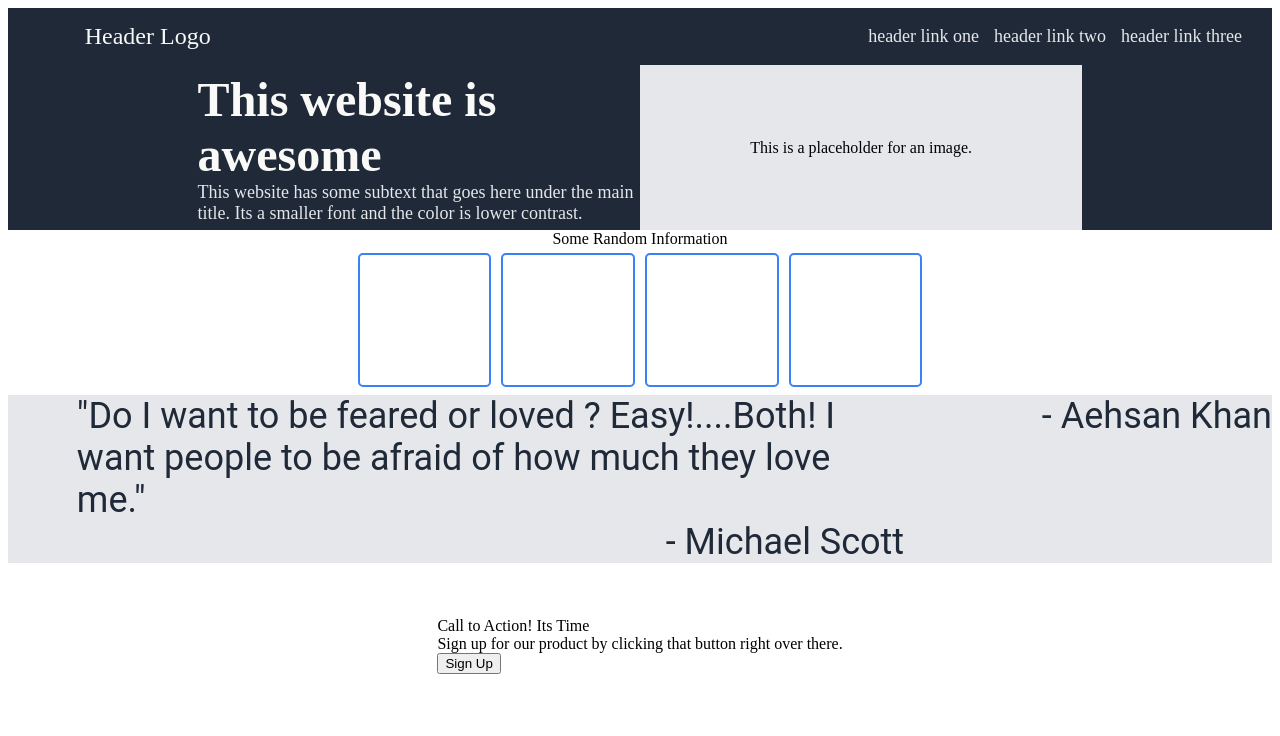
Repository: Aehsan4004/odinlandpage
Page: index.html
The author's editor kept a copy of each file at every save. The page is drawn from the files as they stood at one save, then again after the next save.
The browser window is 1280 px wide. The pictures show the whole page.

Above is the page before, as saved 2025-02-11 08:05:54.

### index.html
<!DOCTYPE html>
<html lang="en">
<head>
    <meta charset="UTF-8">
    <meta name="viewport" content="width=device-width, initial-scale=1.0">
    <title>Odin Project Landing Page</title>
    <link rel="stylesheet" href="styles.css">
</head>
<body>
    <div class="one">
        <div class="logo">
            Header Logo
        </div>
        <div class="head-links">
            <ul>
                <li>header link one</li>
                <li>header link two</li>
                <li>header link three</li>
            </ul>
        </div>
    </div>

    <div class="two">
        <div class="left-box">
            <div class="title">
                This website is awesome
            </div>

            <div class="content">
                This website has some subtext that goes here under the main title. Its a smaller font and the color is lower contrast.
            </div>

        </div>
        <div class="right-box">
            This is a placeholder for an image.
        </div>

    </div>

    <div class="three">
        <div class="opt-head">
            Some Random Information
        </div>
        <div class="menu-box">
            <div class="box" id="1"></div>
            <div class="box" id="2"></div>
            <div class="box" id="3"></div>
            <div class="box" id="4"></div>
        </div>

    </div>

    <div class="four">
        <div class="quote">
            "Do I want to be feared or loved ?
             Easy!....Both!
             I want people to be afraid of how much they love me."
        </div>
        <div class="quoter"> - Michael Scott</div>
        <div class="requoter"> - Aehsan Khan</div>
    </div>

    <div class="five">
        <div class="foot-box">
            <div class="call2act">
                <div class="main"> Call to Action! Its Time</div>
                <div class="supp">Sign up for our product by clicking that button right over there.</div>
            </div>
            <button class="signup-btn">Sign Up</button>
        </div>
    </div>
</body>
</html>

### styles.css
body {
    display: flex;
    flex-direction: column;
    /* flex: 1 1 100%; */
    /* min-height: 100%; */
    /* align-items: center; */
    justify-content: center;
    height: 100vh;
}

.one {
    display: flex;
    justify-content: space-between;
    align-items: center;
    background-color: #1f2937;
    padding: 15px;
    height: 4vh;
}

.logo {
    font-size: 24px;
    color: #f9faf8;
    margin-left: 5%;
}

.head-links {
    color: #e5e7eb;
    font-size: 18px;
    /* margin: 15px; */
    margin-right: 15px;
}

ul {
    list-style: none;  /* Removes bullet points */
    padding: 0;
    margin: 0;
    display: flex;  /* Makes list items appear in a row */
    gap: 15px;  /* Adds spacing between items */
}

.two {
    display: flex;
    background-color: #1f2937;
    justify-content: center;
    /* margin-top: 20px; */
    height: 24vh;
}
.left-box {
    display: flex;
    flex-direction: column;
    justify-content: center;
    align-items: flex-start;
    /* flex: 1 1 40%; */
    width: 35%;
    flex-wrap: wrap;
}

.title {
    font-weight: 900;
    color: #f9faf8;
    font-size: 48px;
    width: 80%;
}

.content {
    font-size: 18px;
    color: #e5e7eb;
    /* width: 80%; */
}

.right-box {
    display: flex;
    /* flex: 1 1 40%; */
    width: 35%;
    background-color: #e5e7eb;
    flex-wrap: wrap;
    justify-content: center;
    align-items: center;
}

.three {
    height: 24vh;
    display: flex;
    flex-direction: column;
    align-items: center;
}

.menu-box {
    display: flex;
    align-items: center;
    justify-content: center;

}

.box {
    border: 2px solid #3882f6;
    height: 18vh;
    width: 18vh;
    border-radius: 5px;
    /* border-color: #3882f6; */
    margin: 5px;
}

.four {
    height: 24vh;
    display: flex;
    flex-flow: column wrap;
    align-items: center;
    background-color: #e5e7eb;
    color: #1f2937;
    font-size: 36px;
    font-family: 'roboto', sans-serif;
    font-style: 'light-italic';
}

.quote {
    width: 60%;
}

.quoter, .requoter {
    align-self: flex-end;
}

.five {
    height: 24vh;
    display: flex;
    align-items: center;
    justify-content: center;
}

foot-box {
    background-color: #3882f6;
    color: white;
    height: 12vh;
    width: 75vw;
    border: 2px solid #3882f6;
    border-radius: 5px;
}

After the next save:
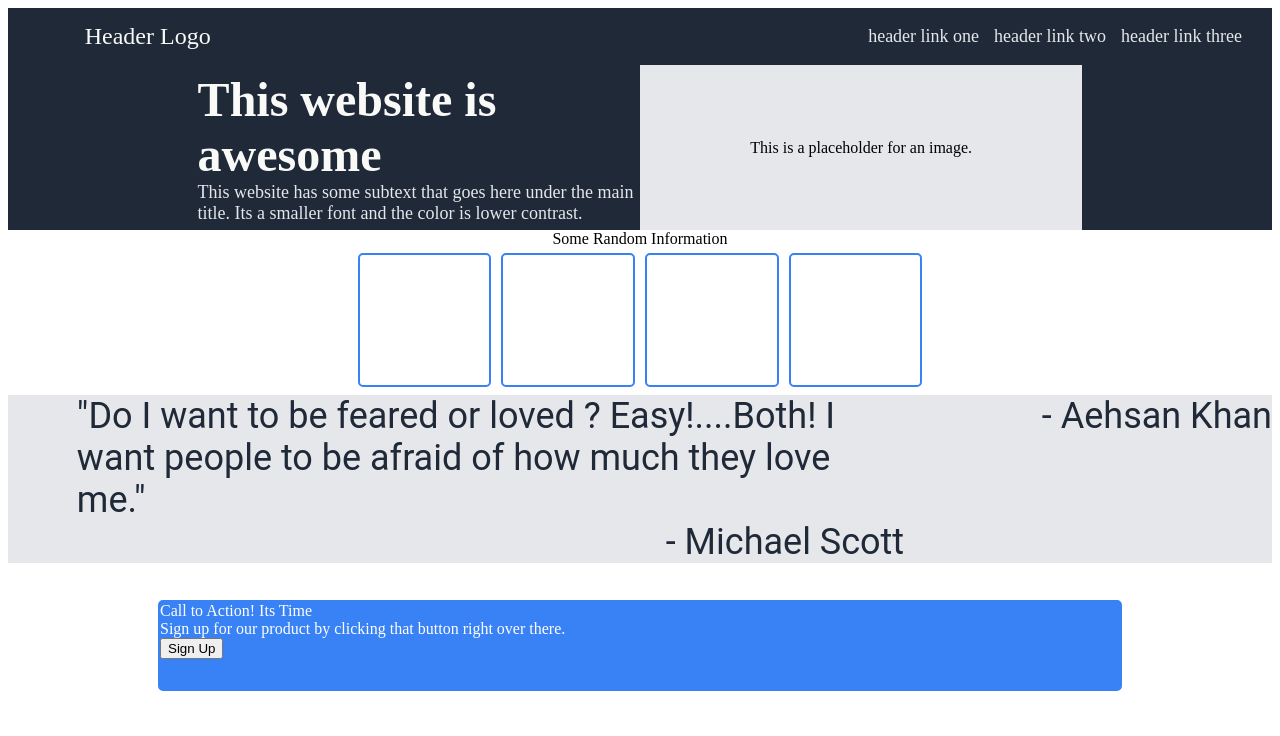
Saved 24 s later.
--- a/styles.css
+++ b/styles.css
@@ -128,7 +128,7 @@ ul {
     justify-content: center;
 }
 
-foot-box {
+.foot-box {
     background-color: #3882f6;
     color: white;
     height: 12vh;
